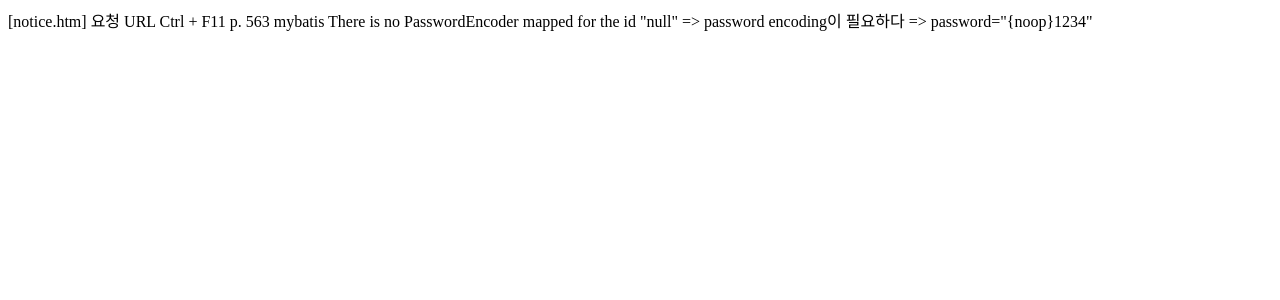
Repository: Vida0822/-
Page: SL11_SECURITY/src/main/webapp/customer/notice.htm
An editor plug-in stored every save of this project. The page is shown before and after the next save, followed by the edit.
The browser window is 1280 px wide. The pictures show the whole page.

Above is the page before, as saved 2023-07-04 01:26:38.

### SL11_SECURITY/src/main/webapp/customer/notice.htm
[notice.htm] 요청 URL
Ctrl + F11

p. 563 mybatis



There is no PasswordEncoder mapped for the id "null"
=> password encoding이 필요하다

=> password="{noop}1234"

After the next save:
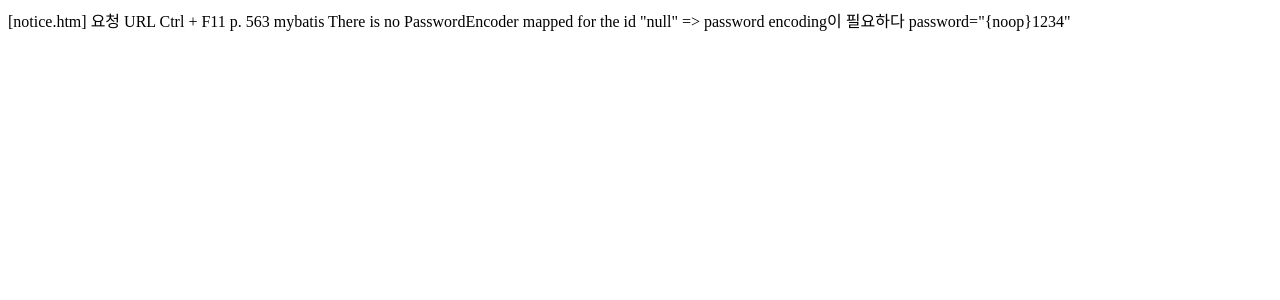
Saved 6 min 29 s later.
--- a/SL11_SECURITY/src/main/webapp/customer/notice.htm
+++ b/SL11_SECURITY/src/main/webapp/customer/notice.htm
@@ -8,4 +8,4 @@
 There is no PasswordEncoder mapped for the id "null"
 => password encoding이 필요하다
 
-=> password="{noop}1234"
+password="{noop}1234"
